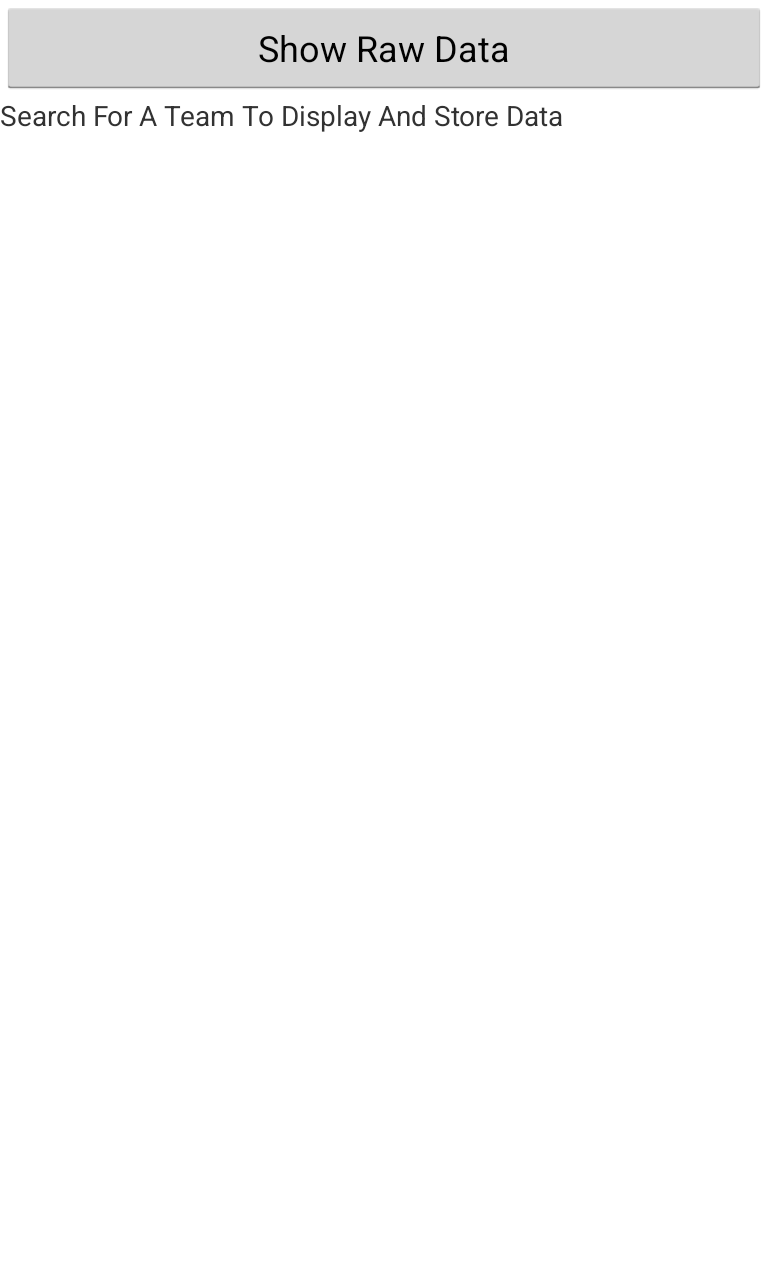
Repository: jemcphe/java1
Layout: teamG.M./TeamGM/res/layout/applayout.xml
The author's editor kept a copy of each file at every save. The layout is drawn from the files as they stood at one save, then again after the next save.
It is drawn on a 768 x 1280 px phone screen (xhdpi) without system bars, with theme AppTheme; the app's code is not run.

Above is the layout before, as saved 2013-05-26 20:50:16.

After the next save:
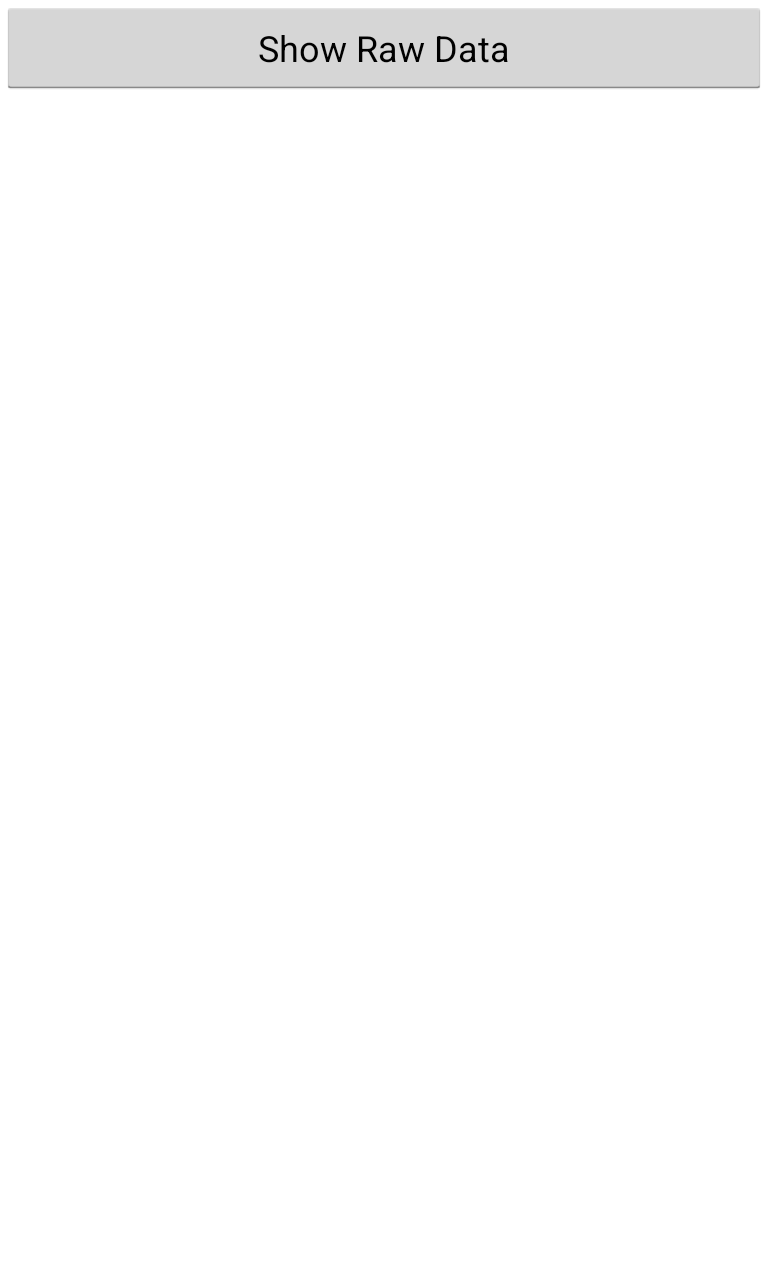
Saved 2 min 45 s later.
--- a/teamG.M./TeamGM/res/layout/applayout.xml
+++ b/teamG.M./TeamGM/res/layout/applayout.xml
@@ -3,24 +3,29 @@
     android:layout_width="match_parent"
     android:layout_height="match_parent"
     android:orientation="vertical" >
-    	<Button
-    	    android:id="@+id/dataButton"
-    	    android:layout_width="match_parent"
-    	    android:layout_height="wrap_content"
-    	    android:text="Show Raw Data"/>
+    <LinearLayout
+        android:layout_width="match_parent"
+        android:layout_height="wrap_content"
+        android:orientation="horizontal">
 
-    	<TextView
-    	    android:id="@+id/searchLabel"
-    	    android:layout_width="match_parent"
-    	    android:layout_height="wrap_content"
-    	    android:text="Search For A Team To Display And Store Data"/>
+            	<Button
+            	    android:id="@+id/dataButton"
+            	    android:layout_width="match_parent"
+            	    android:layout_height="wrap_content"
+            	    android:text="Show Raw Data" />
 
-    	<EditText
-    	    android:id="@+id/searchField"
-    	    android:layout_width="0"
-    	    android:layout_weight="1"
-    	    android:layout_height="wrap_content"
-    	    android:hint="ex. orioles, redsox, etc..."/>
+            	<TextView
+            	    android:id="@+id/searchLabel"
+            	    android:layout_width="match_parent"
+            	    android:layout_height="wrap_content"
+            	    android:text="Search For A Team To Display And Store Data" />
 
+            	<EditText
+            	    android:id="@+id/searchField"
+            	    android:layout_width="0"
+            	    android:layout_height="wrap_content"
+            	    android:layout_weight="1"
+            	    android:hint="ex. orioles, redsox, etc..." />
 
+    </LinearLayout>
 </LinearLayout>

After the 2 saves that followed:
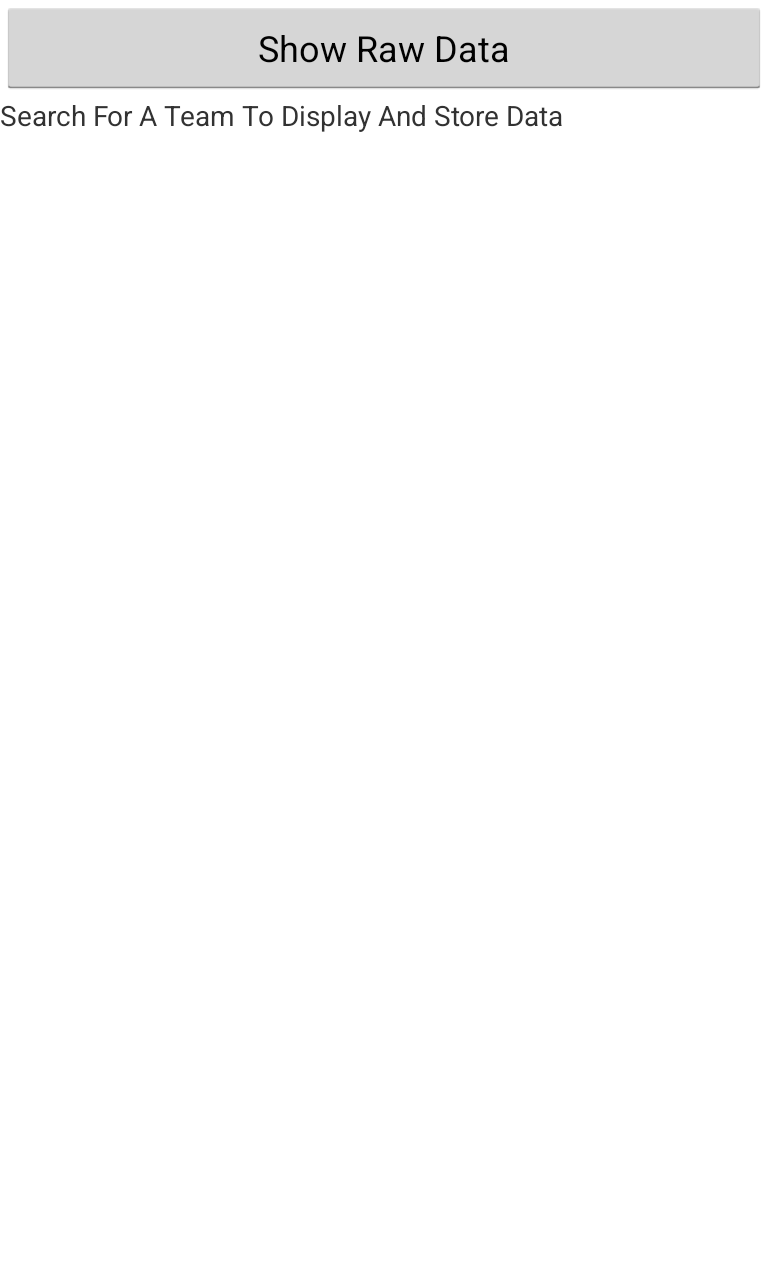
The 2 saves are shown as one change because 1 left the picture as it was.
The last was saved 111 s later.
--- a/teamG.M./TeamGM/res/layout/applayout.xml
+++ b/teamG.M./TeamGM/res/layout/applayout.xml
@@ -6,7 +6,7 @@
     <LinearLayout
         android:layout_width="match_parent"
         android:layout_height="wrap_content"
-        android:orientation="horizontal">
+        android:orientation="vertical">
 
             	<Button
             	    android:id="@+id/dataButton"
@@ -22,7 +22,7 @@
 
             	<EditText
             	    android:id="@+id/searchField"
-            	    android:layout_width="0"
+            	    android:layout_width="0dip"
             	    android:layout_height="wrap_content"
             	    android:layout_weight="1"
             	    android:hint="ex. orioles, redsox, etc..." />
